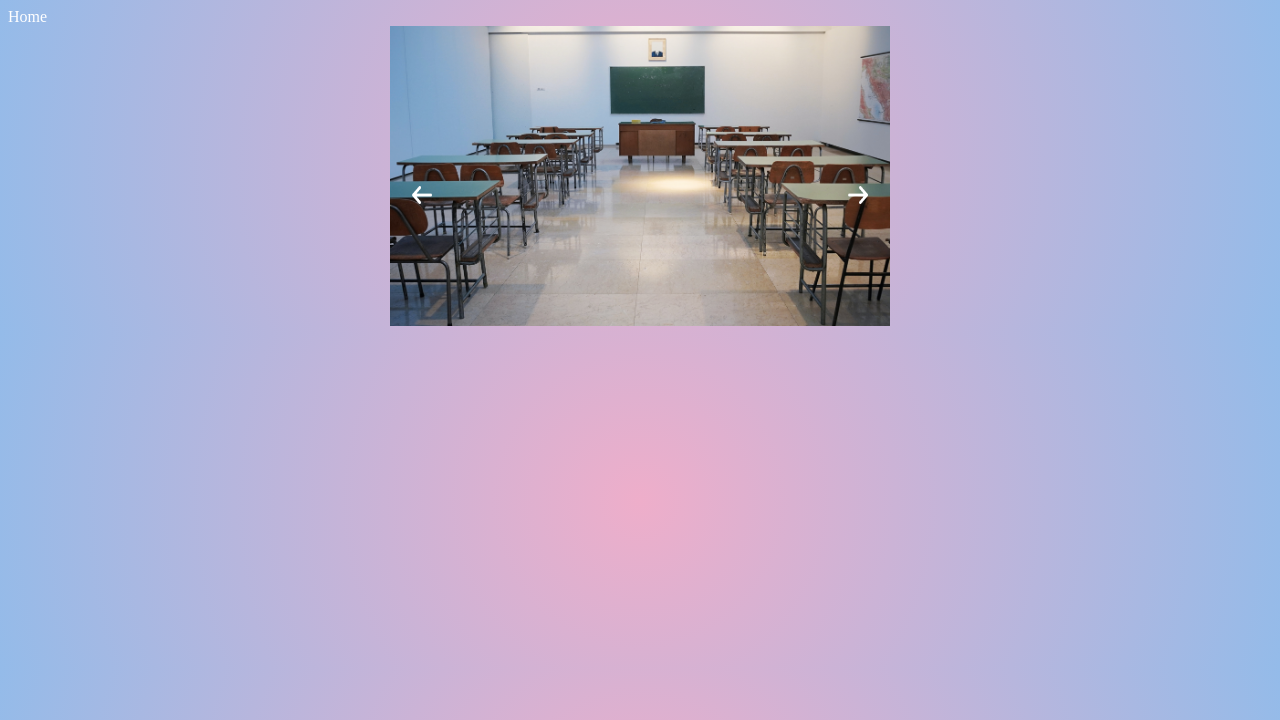
Repository: juliet-jskim/week-8-useEffect-carousel
Page: /carouselPage
An editor plug-in stored every save of this project. The page is shown before and after the next save, followed by the edit.
The browser window is 1280 px wide. The pictures show the whole page.
The project was rebuilt for these pictures with package versions that can differ from the ones it lists, and the page was loaded fresh each time. The framework's server and built-in components were replaced by stand-ins that run in the browser. Also part of the build but not shown: next.config.js.

Above is the page before, as saved 2023-02-20 23:39:14.

### pages/carouselPage.js
import Link from "next/link"
import Carousel from "@/components/carousel"
import styles from "@/styles/CarouselPage.module.css"

export default function CarouselPage() {
    return (
        <>
        <main className={styles.main_container}>
             <Link style={{ textDecoration: 'none',  color: 'white' }} href="/">Home</Link>
            <Carousel/>
        </main>

        </>
    )
}

### styles/globals.css
:root {
  /** add colors you want to add to all the pages here**/
  background: rgb(238,174,202);
  background: radial-gradient(circle, rgba(238,174,202,1) 0%, rgba(148,187,233,1) 100%);

}

### components/carousel/index.js
import Image from "next/image"
import { useState } from "react"
import styles from '@/components/carousel/Carousel.module.css'

export default function Carousel() {
    const[img, setImg] = useState(0);

    const changeImage = (change) => {
        if(change == "backward") {
            setImg(img - 1);

            if (img == 0) {
                setImg(5); //this will go back to the last image, into a "loop"
            }
            console.log(img);
        } else if (change =="forward") {
            setImg(img + 1);

            if (img == 5) {
                setImg(0) //will go back to the first image into a "loop"
            }
             console.log(img);
        }
    }

    return(
    <>
    <main className={styles.main_container}>
        <div style={{
                        backgroundImage:"url(/carousel-images/" + img + ".jpg)", // concatenate method
                        backgroundSize:'cover',
                        backgroundRepeat:"no-repeat",
                        width: 500,
                        height: 300
        }}>
            <div className={styles.arrows}>
            <Image
                src={"/icons/leftArrow.png"}
                alt={"/icons/leftArrow.png"}
                width= {20}
                height= {18}
                onClick={() => changeImage("backward")}
            />

            <Image
                src={"/icons/rightArrow.png"}
                alt={"/icons/rightArrow.png"}
                width= {20}
                height= {18}
                onClick={() => changeImage("forward")}
            />
            </div>

        </div>
    </main>

    </>
    )
}

### styles/CarouselPage.module.css
/** use flex or grid here*/
.main_container{
    display: flex;
    flex-direction: column;
}
.home_link{
    font-size: 5rem;
    text-transform: uppercase;
    font-family: Arial, Helvetica, sans-serif;
    padding-top: 10rem;
    display: flex;
    justify-content: center;
}

### components/carousel/Carousel.module.css

.main_container{
    display: flex;
    justify-content: center;
    align-items: center;
}


.arrows{
    display: flex;
    flex-direction: row;
    justify-content: center;
    gap: 26rem;
    padding-top: 10rem;

}

Loaded but not shown: pages/_app.js (common file); pages/_document.js (common file)

After the next save:
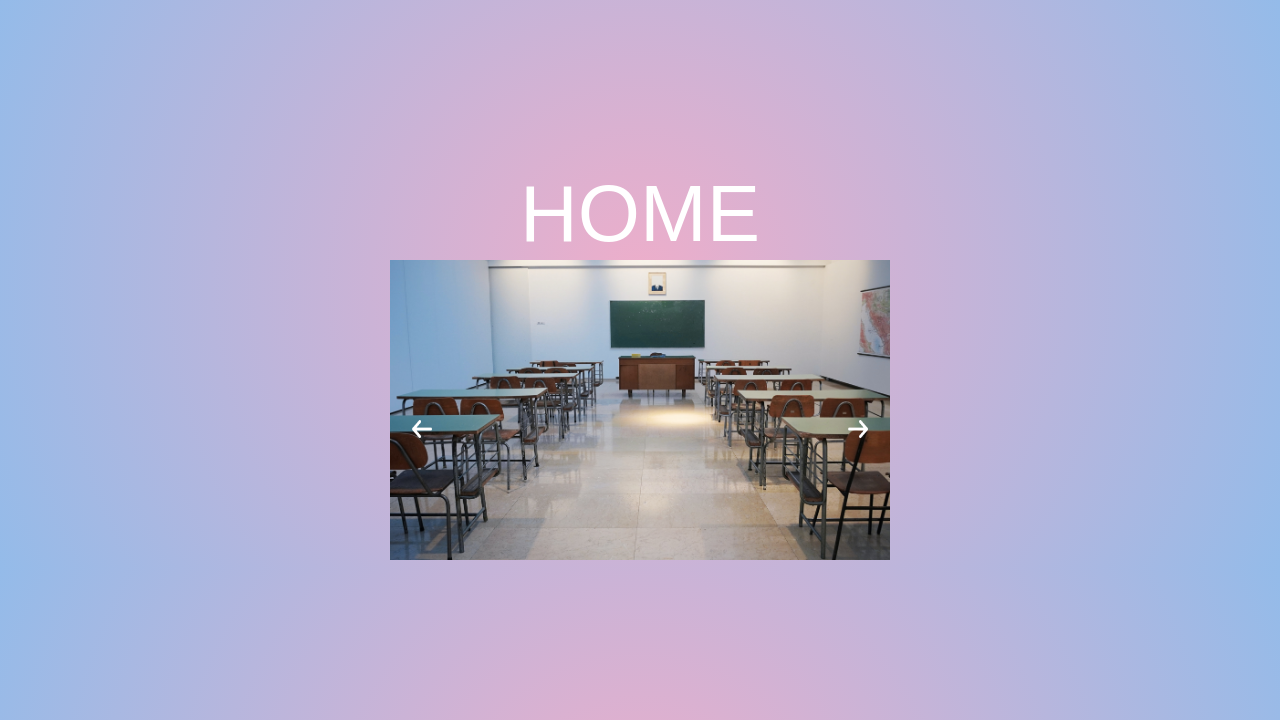
Saved 92 s later.
--- a/pages/carouselPage.js
+++ b/pages/carouselPage.js
@@ -6,7 +6,10 @@ export default function CarouselPage() {
     return (
         <>
         <main className={styles.main_container}>
-             <Link style={{ textDecoration: 'none',  color: 'white' }} href="/">Home</Link>
+            <div className={styles.home_link}>
+                <Link style={{ textDecoration: 'none',  color: 'white' }} href="/">Home</Link>
+            </div>
+
             <Carousel/>
         </main>
 
